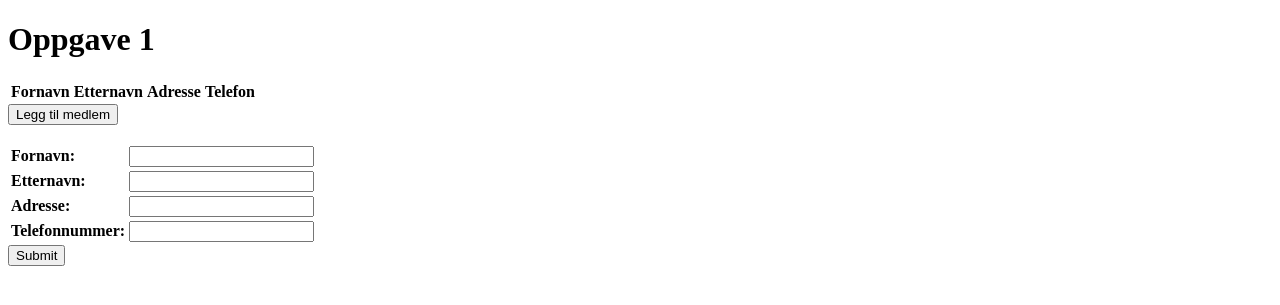
Repository: superdids/DAT152
Page: Oblague1/WebContent/oppgave01.html
The author's editor kept a copy of each file at every save. The page is drawn from the files as they stood at one save, then again after the next save.
The browser window is 1280 px wide. The pictures show the whole page.
After loading, the first visible `input` was clicked once.
The page's requests for data from a server got no answer.

Above is the page before, as saved 2015-09-22 20:36:51.

### Oblague1/WebContent/oppgave01.html
<!DOCTYPE html>
<html>
<head>
<meta charset="UTF-8">
<title>Oppgave 1</title>
<script type="text/javascript" src="js/config.js"></script>
<script type="text/javascript" src="js/ajax/ajax.js"></script>
<script type="text/javascript" src="js/httpOperations.js"></script>
<script type="text/javascript" src="js/memberManager.js"></script>
<script type="text/javascript" src="js/guiManager.js"></script>
<script type="text/javascript" src="js/oppgave01.js"></script>

</head>
<body>

<h1>Oppgave 1</h1>
<table id="memberList">
	<tr>
		<th>Fornavn</th>
		<th>Etternavn</th>
		<th>Adresse</th>
		<th>Telefon</th>
		<th></th>
		<th></th>
	</tr>
</table>
<input type="button" value="Legg til medlem" onclick="newMemberDialog()" />
<br />
<br />

<div id="manageMember" style="display: none">
	<table>
			<tr>
				<td><b>Fornavn:</b></td>
				<td><input type="text" id="fName" /></td>
			</tr>
			<tr>
				<td><b>Etternavn:</b></td>
				<td><input type="text" id="lName" /></td>
			</tr>
			<tr>
				<td><b>Adresse:</b></td>
				<td><input type="text" id="address" /></td>
			</tr>
			<tr>
				<td><b>Telefonnummer:</b></td>
				<td><input type="number" id="phone" /></td>
			</tr>
		</table>
		<input id="submitMember" type="button" value="Submit" />
</div>

</body>
</html>

### Oblague1/WebContent/js/config.js
"use strict";

var config = {
		servicesPath: "http://localhost:8080/Mservices/data"
};

### Oblague1/WebContent/js/ajax/ajax.js
"use strict";

function AJAXConnection(url){
	this._url = url || null;
	this.onsuccess = function() {window.alert("Suksess")};
	this.onerror = function() {this.response;};
}

AJAXConnection.prototype.get = function(pathArray,data) {
	// Kan kaste unntak hvis ajaxforbindelse ikke kan settes opp
	var httprequest = this._getHTTPObjekt();

	// Legger til evt. path til URL.
	var url = this._url + this._convertToPath(pathArray);

	// Legger til evt. GET-parametre.
	if (data) url += "?" + this._formatData(data);

	httprequest.open('GET', url, true);

	// Trenger å få gitt httprequest til hendelseshåndterer
	var thisObjekt = this;
	httprequest.onreadystatechange = function(){thisObjekt._dataReceived(httprequest)};
	if (this.onerror) httprequest.onerror = function(){thisObjekt.onerror(httprequest)};

	// Sender forespørsel
	httprequest.send(null);
};

AJAXConnection.prototype.del = function(pathArray) {
	// Kan kaste unntak hvis ajaxforbindelse ikke kan settes opp
	var httprequest = this._getHTTPObjekt();

	// Legger til evt. path til URL.
	var url = this._url + this._convertToPath(pathArray);
	httprequest.open('DELETE', url, true);

	// Trenger å få gitt httprequest til hendelseshåndterer
	var thisObjekt = this;
	httprequest.onreadystatechange = function(){thisObjekt._dataReceived(httprequest)};
	if (this.onerror) httprequest.onerror = function(){thisObjekt.onerror(httprequest)};

	// Sender forespørsel
	httprequest.send(null);
};

AJAXConnection.prototype.put = function(pathArray,data) {
	// Kan kaste unntak hvis ajaxforbindelse ikke kan settes opp
	var httprequest = this._getHTTPObjekt();

	// Legger til evt. path til URL.
	var url = this._url + this._convertToPath(pathArray);

	httprequest.open('PUT', url, true);

	// Trenger å få gitt httprequest til hendelseshåndterer
	var thisObjekt = this;
	httprequest.onreadystatechange = function(){thisObjekt._dataReceived(httprequest)};
	if (this.onerror) httprequest.onerror = function(){thisObjekt.onerror(httprequest)};

	// Må ved POST angi mime-type for form-data
	httprequest.setRequestHeader("Content-Type","application/json; charset=utf-8");
	// Sender forespørsel
	httprequest.send(JSON.stringify(data));
};

AJAXConnection.prototype.post = function(pathArray,data) {
	// Kan kaste unntak hvis ajaxforbindelse ikke kan settes opp
	var httprequest = this._getHTTPObjekt();

	// Legger til evt. path til URL.
	var url = this._url + this._convertToPath(pathArray);

	httprequest.open('POST', url, true);

	// Trenger å få gitt httprequest til hendelseshåndterer
	var thisObjekt = this;
	httprequest.onreadystatechange = function(){thisObjekt._dataReceived(httprequest)};
	if (this.onerror) httprequest.onerror = function(){thisObjekt.onerror(httprequest)};

	// Må ved POST angi mime-type for form-data
	httprequest.setRequestHeader("Content-Type","application/json; charset=utf-8");

	// Sender forespørsel
	httprequest.send(JSON.stringify(data));
};

AJAXConnection.prototype._getHTTPObjekt = function() {
	if (typeof window.XMLHttpRequest != "undefined") { // Firefox, Opera, Safari, etc
		return new XMLHttpRequest();
	}

	if (typeof window.ActiveXObject == "function") { // IE5 og IE6
		try {
			return new ActiveXObject("Msxml2.XMLHTTP");
		} catch (e) {
			try {
				return new ActiveXObject("Microsoft.XMLHTTP");
			} catch (e) {}
		}
	}
	return false;
};

AJAXConnection.prototype._dataReceived = function(httprequest) {
	try {
		if (httprequest.readyState == 4) { // Et dokument er ferdig lastet
			if (httprequest.status == 200) { // Henting OK
				if (this.onsuccess) this.onsuccess(httprequest.responseText);
			} else {
				if (this.onerror) this.onerror(httprequest);
			}
		}
	} catch(e) {
		if (this.onerror) this.onerror();
		console.log(e);
	}
};

AJAXConnection.prototype._formatData = function(data) {
	var dataString="";
	for (var key in data) {
		dataString += encodeURIComponent(key) + "=" + encodeURIComponent(data[key]) + "&";
	}
	dataString = dataString.substring(0,dataString.length-1);
	return dataString;
};

AJAXConnection.prototype._convertToPath = function(pathArray) {
	var path = "";
	if (pathArray instanceof Array) {
		if (pathArray.length > 0) {
			for (var i=0;i<pathArray.length;++i) {
				path += "/" + pathArray[i]
			}
		}
	}
	return path;
};

### Oblague1/WebContent/js/httpOperations.js
"use strict";

function HTTPOperations(dynamic, onsuccess) {
	this._ajax = new AJAXConnection(config.servicesPath + dynamic);
	this._ajax.onsuccess = onsuccess;
}


HTTPOperations.prototype.createMember = function(member) {

}

HTTPOperations.prototype.getMembersByLogId = function(logId) {
	this._ajax.get([logId]);
	console.log("123");
}

HTTPOperations.prototype.updateMember = function(id, member) {
	this._ajax.put([id], {"member": member});
}

HTTPOperations.prototype.deleteMemberById = function(id) {
	this._ajax.del([id]);
}

### Oblague1/WebContent/js/memberManager.js
"use strict";

/**
 * @author Didrik Emil Aubert
 * Constructorfunction to manage single member elements.
 */

function MemberManager(table,member) {
	this._table = table;
	this._member = member;
}

MemberManager.prototype.updateMember = function(id) {
	var row = document.getElementById("m"+id);
	row.cells[0] = this._member.firstname;
	row.cells[1] = this._member.lastname;
	row.cells[2] = this._member.address;
	row.cells[3] = this._member.phone;
}

### Oblague1/WebContent/js/guiManager.js
"use strict";

function GUIManager(table, parent) {
	this._table = table;
	this._parent = parent || null;
}

GUIManager.prototype.createMembers = function(newMembers) {
	for(var x = 0; x < newMembers.length; x++) {
		var row = this._table.insertRow(-1);
		row.id = "m" + newMembers[x].memberId;
		this.appendCells(row, newMembers[x]);
	}
}

GUIManager.prototype.deleteMembers = function(deletedMembers) {

}

GUIManager.prototype.updateMembers = function(updatedMembers) {

}

GUIManager.prototype.updateMember = function() {

}

GUIManager.prototype.deleteMemberById = function(id) {
	var list = this._table.rows;
	for(var x = 1; x < list.length; x++) {
		if(list[x].id == "m" + id) {
			this._table.deleteRow(x);
			break;
		}
	}
}

GUIManager.prototype.appendCells = function(row, member) {
	var cells = new Array(6);
	for(var x = 0; x < 6; x++) {
		cells[x] = row.insertCell(x);
	}

	cells[0].innerHTML = member.firstname;
	cells[1].innerHTML = member.lastname;
	cells[2].innerHTML = member.address;
	cells[3].innerHTML = member.phone;

	var button0 = document.createElement("input");
	button0.type = "button";
	button0.value = "Endre";
	button0.onclick = this._parent.buttonEdit(member.memberId);

	var button1 = document.createElement("input");
	button1.type = "button";
	button1.value = "Slett";
	button1.onclick = this._parent.buttonDelete(member.memberId);

	cells[4].appendChild(button0);
	cells[5].appendChild(button1);
}

### Oblague1/WebContent/js/oppgave01.js
"use strict";

var logId = {
		value: -1
};

(function() {
	function lastet() {
		refresh();
	}

	window.addEventListener("DOMContentLoaded", lastet);
})();

function refresh() {
	window.setTimeout(function() {
		var http = new HTTPOperations("/endringer", updateMemberList);
		http.getMembersByLogId(logId.value);
		console.log("hai");
		refresh();
	}, 2000);
}

function updateMemberList(responseText) {
	var obj = JSON.parse(responseText);
	var obj = obj.updates;
	logId.value = obj.logId;

	var table = document.getElementById("memberList");

	var gui = new GUIManager(table, window);
	if(obj.newMembers) gui.createMembers(obj.newMembers);
	if(obj.deletedMembers) gui.deleteMembers(obj.deletedMembers);
	if(obj.updatedMembers) gui.updateMembers(obj.updatedMembers);
}

function buttonDelete(id) {
	return function() {
		var http = new HTTPOperations("/medlem", removeMember);
		http.deleteMemberById(id);
	}
}

function buttonEdit(id) {
	return function() {
		editMemberDialog(id);
	}
}

function removeMember(responseText) {
	var obj = JSON.parse(responseText);
	obj = obj.updatedMember;
	if(obj.status) {
		var table = document.getElementById("memberList");
		var gui = new GUIManager(table);
		gui.deleteMemberById(obj.memberId);
	}
}



function editMemberDialog(id) {
	document.getElementById("manageMember").style.display = "inline";

	var row = document.getElementById("m"+id);

	function el(val) { return document.getElementById(val); };

	var fields = inputs();
	for(var x = 0; x < fields.length; x++) {
		fields[x].value = row.cells[x].innerHTML;
	}

	document.getElementById("submitMember").onclick = function() {
		var http = new HTTPOperations("/medlem", updateMember);
		var member = arrayToJSON(fields); //JSON STRING.

		http.updateMember(id, member);

		function updateMember(responseText) {
			var obj = JSON.parse(responseText);
			obj = obj.updatedMember;
			if(obj.status) {
				var table = document.getElementById("memberList");
				var mm = new MemberManager(table, member);
				mm.updateMember(obj.memberId);
			}
		}
	}
}

function newMemberDialog() {
	document.getElementById("manageMember").style.display = "inline";

	var fields = inputs();
	for(var x = 0; x < fields.length; x++) {
		fields[x].value = "";
	}
	document.getElementById("submitMember").onclick = function() {
		console.log("TODO: IMPL");
	}
}


function inputs() {
	function el(val) { return document.getElementById(val); };

	//see oppgave01.html under the div id="manageMember"
	return [el("fName"), el("lName"), el("address"), el("phone")];
}

function arrayToJSON(member) {
	return {
		"firstname": member[0].value,
		"lastname": member[1].value,
		"address": member[2].value,
		"phone": member[3].value
	}
}

After the next save:
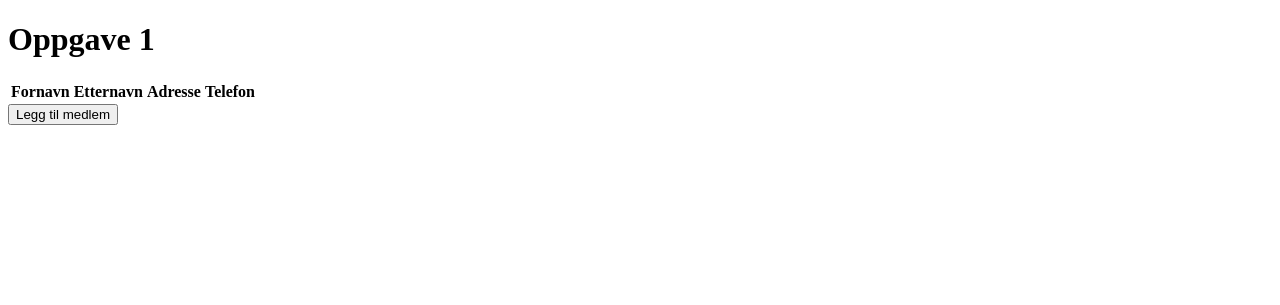
Console error: SyntaxError: Unexpected string
Saved 72 s later.
--- a/Oblague1/WebContent/js/oppgave01.js
+++ b/Oblague1/WebContent/js/oppgave01.js
@@ -84,6 +84,7 @@
 				var table = document.getElementById("memberList");
 				var mm = new MemberManager(table, member);
 				mm.updateMember(obj.memberId);
+				document.getElementById("manageMember").style.display "inline";
 			}
 		}
 	}

After the 2 saves that followed:
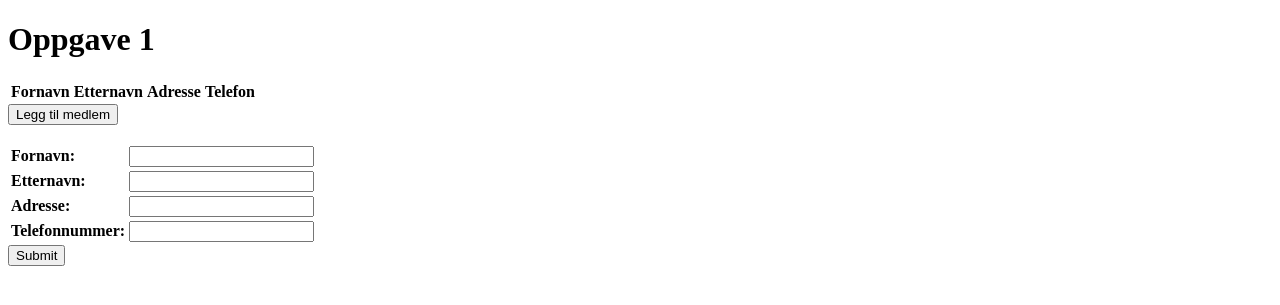
The error is gone.
The 2 saves are shown as one change because 1 left the picture as it was.
The last was saved 22 s later.
--- a/Oblague1/WebContent/js/oppgave01.js
+++ b/Oblague1/WebContent/js/oppgave01.js
@@ -84,7 +84,7 @@
 				var table = document.getElementById("memberList");
 				var mm = new MemberManager(table, member);
 				mm.updateMember(obj.memberId);
-				document.getElementById("manageMember").style.display "inline";
+				document.getElementById("manageMember").style.display = "none";
 			}
 		}
 	}
